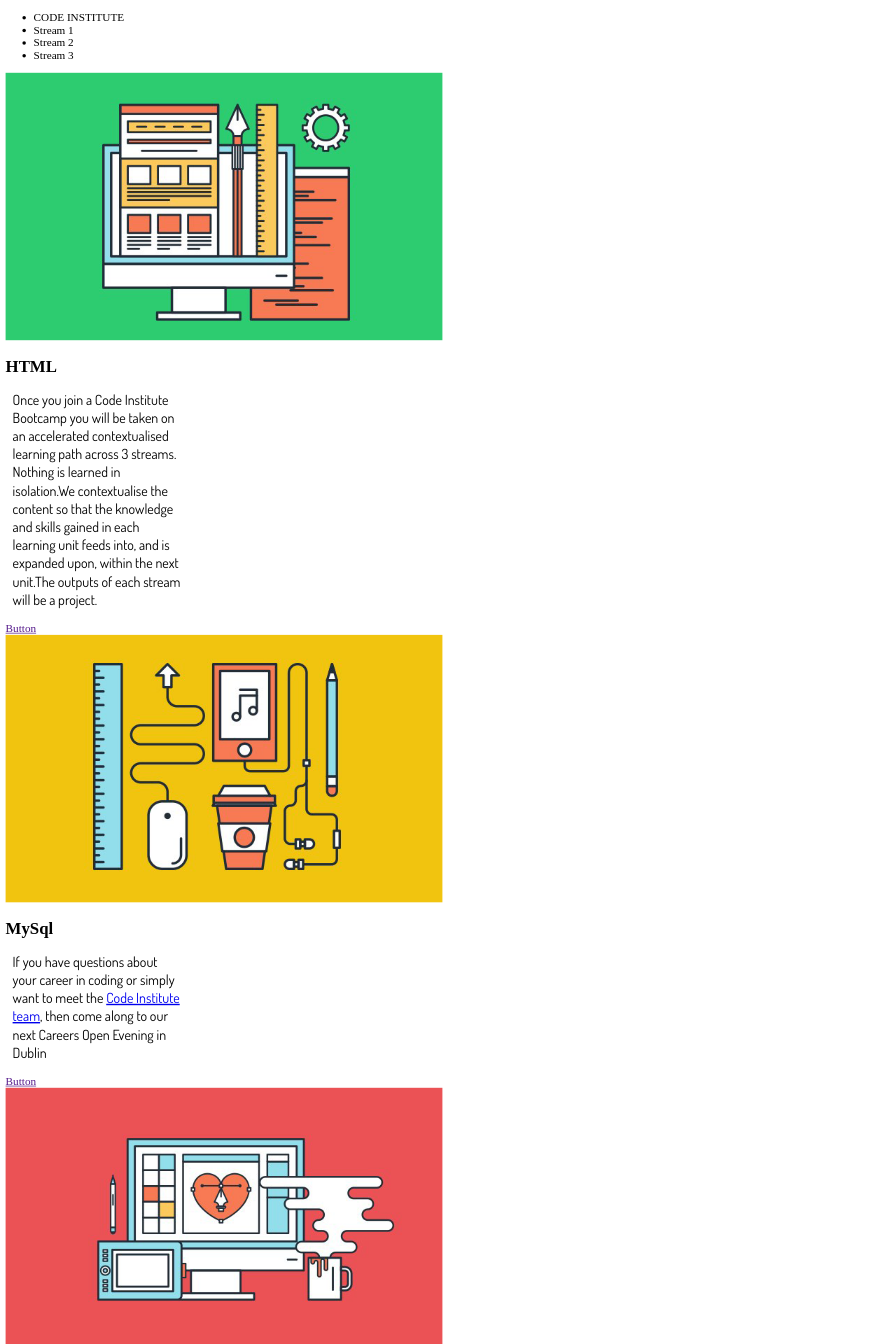
Repository: rory81/jquery
Page: Cards-jquery.html
The author's editor kept a record of every edit. The page is drawn from the files as they stood at one moment, then again after the next edit.
The browser window is 1280 px wide. The pictures show the part of the page from y = 0 to 1920 px (the page is 4519 px tall), at 70% of full size.
Some web libraries are served in a nearby version.

Above is the page before.

### Cards-jquery.html
<!DOCTYPE html>
<html lang="en">
<head>
	<meta charset="UTF-8">
	<meta name="viewport" content="width=device-width, initial-scale=1">
	<title>jQuery</title>
	<link href="style.css" rel="stylesheet">
	<link href='https://fonts.googleapis.com/css?family=Roboto' rel='stylesheet' type='text/css'>
	<link href='https://fonts.googleapis.com/css?family=Dosis' rel='stylesheet' type='text/css'>
</head>
<body>
	<div id="container">
		<nav>
			<ul>
				<li id="logoNav">CODE INSTITUTE</li>
				<li id="stream1" class="stream-nav">Stream 1</li>
				<li id="stream2" class="stream-nav">Stream 2</li>
				<li id="stream3" class="stream-nav">Stream 3</li>
			</ul>
		</nav>
		<div class="card stream1">
			<img class="card_image" src="img/3.png" alt="coding icon">
			<div class="card_bottom">
				<h2 class="card_head">HTML</h2>
				<p class="card_para">Once you join a Code Institute Bootcamp you will be taken on an accelerated contextualised learning path across 3 streams. Nothing is learned in isolation.We contextualise the content so that the knowledge and skills gained in each learning unit feeds into, and is expanded upon, within the next unit.The outputs of each stream will be a project. </p>
				<a href="" class="bottom_button">Button</a>
			</div>
		</div>
		<div class="card stream3">
			<img class="card_image" src="img/1.png" alt="coding icon">
			<h2 class="card_head">MySql</h2>
			<p class="card_para">If you have questions about your career in coding or simply want to meet the <a href="#">Code Institute team</a>, then come along to our next Careers Open Evening in Dublin</p>
			<a href="" class="bottom_button">Button</a>
		</div>

		<div class="card stream2">
			<img class="card_image" src="img/2.png" alt="coding icon">
			<h2 class="card_head">Python</h2>
			<p class="card_para">If you have questions about your career in coding or simply want to meet the Code Institute team, then come along to our next Careers Open Evening in Dublin</p>
			<a href="" class="bottom_button">Button</a>
		</div>
		<div class="card stream1">
			<img class="card_image" src="img/3.png" alt="coding icon">
			<div class="card_bottom">
				<h2 class="card_head">jQuery</h2>
				<p class="card_para">Once you join a Code Institute Bootcamp you will be taken on an accelerated contextualised learning path across 3 streams. Nothing is learned in isolation.We contextualise the content so that the knowledge and skills gained in each learning unit feeds into, and is expanded upon, within the next unit.The outputs of each stream will be a project. </p>
				<a href="" class="bottom_button">Button</a>
			</div>
		</div>
		<div class="card stream3">
			<img class="card_image" src="img/4.png" alt="coding icon">
			<h2 class="card_head">Django</h2>
			<p class="card_para">The syllabus has been developed to help you transform your career. The summarised syllabus, below, provides you with a snapshop of what skills you will come away with. Feel free to contact us for more detail on what you will learn.</p>
			<a href="" class="bottom_button">Button</a>
		</div>
		<div class="card stream1">
			<img class="card_image" src="img/1.png" alt="coding icon">
			<h2 class="card_head">CSS</h2>
			<p class="card_para">The syllabus has been developed to help you transform your career. The summarised syllabus, below, provides you with a snapshop of what skills you will come away with. Feel free to contact us for more detail on what you will learn.</p>
			<a href="" class="bottom_button">Button</a>
		</div>
		<div id="my_footer">
			<p id="copyright">Copyright Infomation</p>
		</div>
	</div>
	<script src="https://code.jquery.com/jquery-3.2.1.js" integrity="sha256-DZAnKJ/6XZ9si04Hgrsxu/8s717jcIzLy3oi35EouyE=" crossorigin="anonymous"></script>
	<script src="script.js"></script> <!-- Scripts located at the bottom of the body to insure page is fully loaded before execution -->

</body>
</html>

### css/style.css
.container{
  display: inline-block;
  vertical-align: top;
  font-size: 0px;
}
.theButton {
  height: 80px;
  width: 266px;
  border-radius: 8px;
  text-align: center;
  background-color: #555;
  color: #FFF;
  font-family: dosis;
  font-size: 30px;
  padding-top: 30px;
   /* display: none;*/
   border: solid 2px #fff;   /* border used to stop jump when border is applied*/
}
.superButton {
  height: 80px;
  width: 100%;
  border-radius: 8px;
  text-align: center;
  background-color: #555;
  color: #FFF;
  font-family: dosis;
  font-size: 30px;
  padding-top: 30px;
   /* display: none;*/
   border: solid 2px #fff;   /* border used to stop jump when border is applied*/
}

p{
	font-family: dosis;
	font-size: 20px;
	margin-left: 10px;
	width:240px;
}
.makeBlue{
   background-color: #81BBC9;
}
.makeBlack{
    background-color: black !important;
}

.makeBorder{
	border: solid 2px #000;
}
.makeTextBlack{
   color: #000;
}
.green{
  background-color: green;
}
.red{
  background-color: red;
}
.blue{
  background-color: blue;
}
.selected{
    background-color: #F07D00;
}

### script.js
// $(".stream-nav").on("click", function() {
//     // A selector to match all cards in all streams
//     var allStreamsCardsSelector = ".card";
//     // A selector to match just this stream's cards
//     // for this, we use the class with the name of the stream,
//     // which is the same as this nav link's id and then the "-card" suffix.
//     var thisStreamCardsSelector = "." + this.id + ".card";

//     // First remove the highlight from all of the cards
//     $(allStreamsCardsSelector).removeClass("card-highlight");
//     // Then apply the highlight to just this stream's cards
//     $(thisStreamCardsSelector).addClass("card-highlight");
// });

$(document).ready(function() {
    // $('p').click(function() {
    //     $('p').children('a').css('background-color', 'yellow');
    // });

    // $('button').click(function(){
    //     $(this).prev().slideToggle('slow')
    // });

    // $('.card_image').click(function() {
    //     $(this).next().children("p").slideDown('slow');
    // });
    // $('.card').click(function() {
    //     $(this).removeClass('card_white').toggleClass('highlight');
    // });
});

After the next edit:
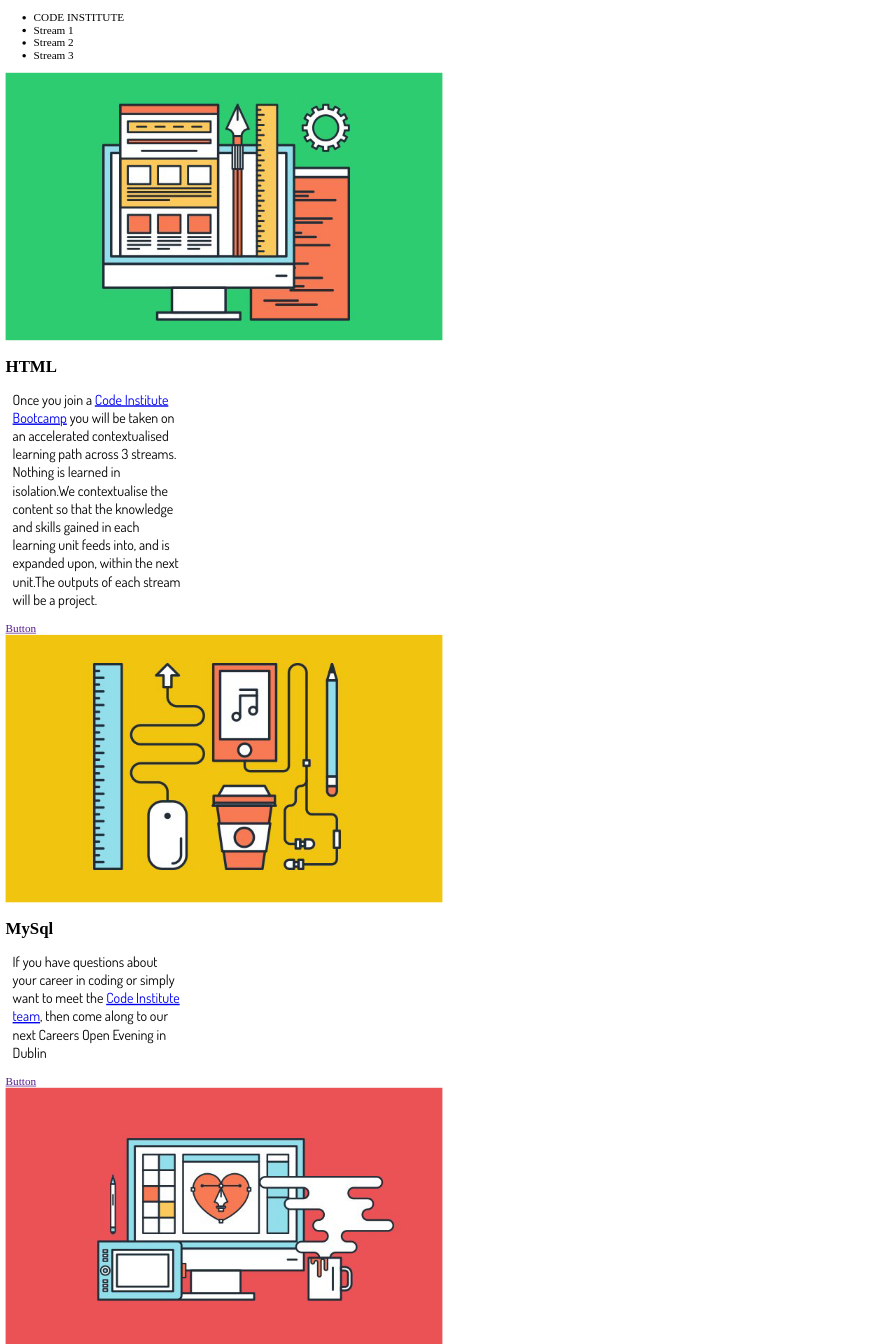
The edit:
--- a/Cards-jquery.html
+++ b/Cards-jquery.html
@@ -22,7 +22,7 @@
 			<img class="card_image" src="img/3.png" alt="coding icon">
 			<div class="card_bottom">
 				<h2 class="card_head">HTML</h2>
-				<p class="card_para">Once you join a Code Institute Bootcamp you will be taken on an accelerated contextualised learning path across 3 streams. Nothing is learned in isolation.We contextualise the content so that the knowledge and skills gained in each learning unit feeds into, and is expanded upon, within the next unit.The outputs of each stream will be a project. </p>
+				<p class="card_para">Once you join a <a href="#">Code Institute Bootcamp</a> you will be taken on an accelerated contextualised learning path across 3 streams. Nothing is learned in isolation.We contextualise the content so that the knowledge and skills gained in each learning unit feeds into, and is expanded upon, within the next unit.The outputs of each stream will be a project. </p>
 				<a href="" class="bottom_button">Button</a>
 			</div>
 		</div>
